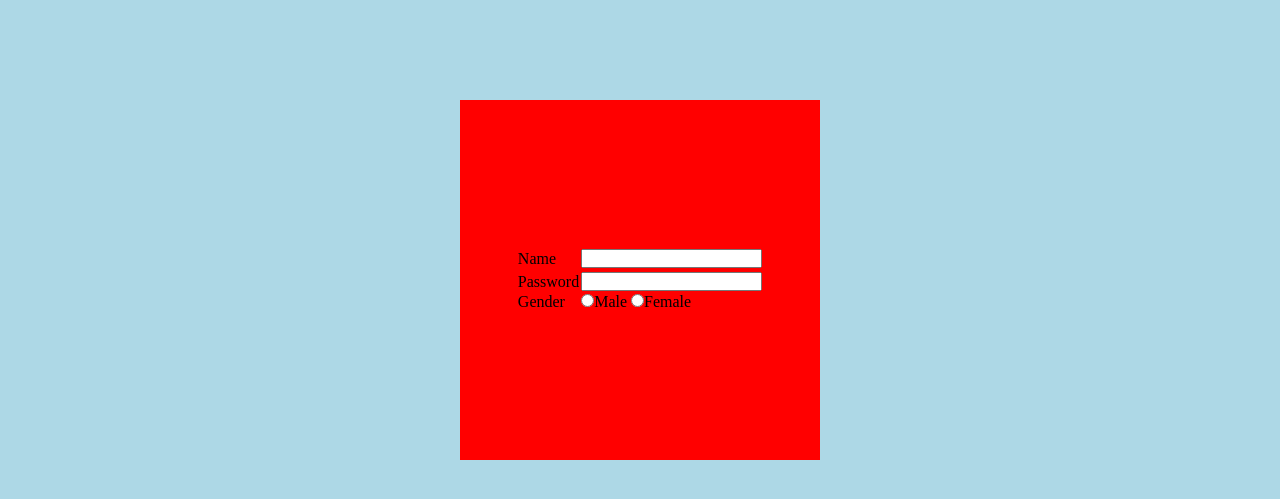
Repository: yash1sh/Java
Page: http://localhost/Servlet_Demo/
These files come from the project's save history. The page is drawn as it stood at one moment and after the next save; the edit follows.
The browser window is 1280 px wide. The pictures show the whole page.
The page is served by Tomcat 9. Other server files are loaded and not shown.

Above is the page before, as saved 2022-05-14 10:37:42.

### Bootcmp/Servlet_Demo/src/main/webapp/index.html
<!DOCTYPE html>
<html>
<head>
<meta charset="ISO-8859-1">
<title>Insert title here</title>
<link rel="stylesheet" type="text/css" href="./indexcss.css">
</head>
<body>

	<section class="form" >
		<article>
			<form action="hi">
				<table>

					<tr> <td> <label>Name</label> </td>
						<td><input type="text" id="Name"></td>
					<tr>

					<tr>
						<td><label>Password</label></td>
						<td><input type="password" id="password"></td>
					</tr>

					<tr>
						<td> <label>Gender</label></td>
						<td> <input type="radio" name="gender"id="gender">Male
						<input type="radio" name="gender">Female</td>
					</tr>
				</table>
			</form>
		</article>
	</section>

</body>
</html>

### Bootcmp/Servlet_Demo/src/main/webapp/indexcss.css

*{
margin:0;
padding:0;
box-sizing: border-box;
}
.form{
	display:flex;
	justify-content:center;
	align-items:center;
	background-color: red;
	width:50vh;
	height:50vh;
	color:black;
	margin-top: 100px;
}
body{
	display:flex;
	justify-content:center;
	align-items: center;
	background-color: lightblue;
}

After the next save:
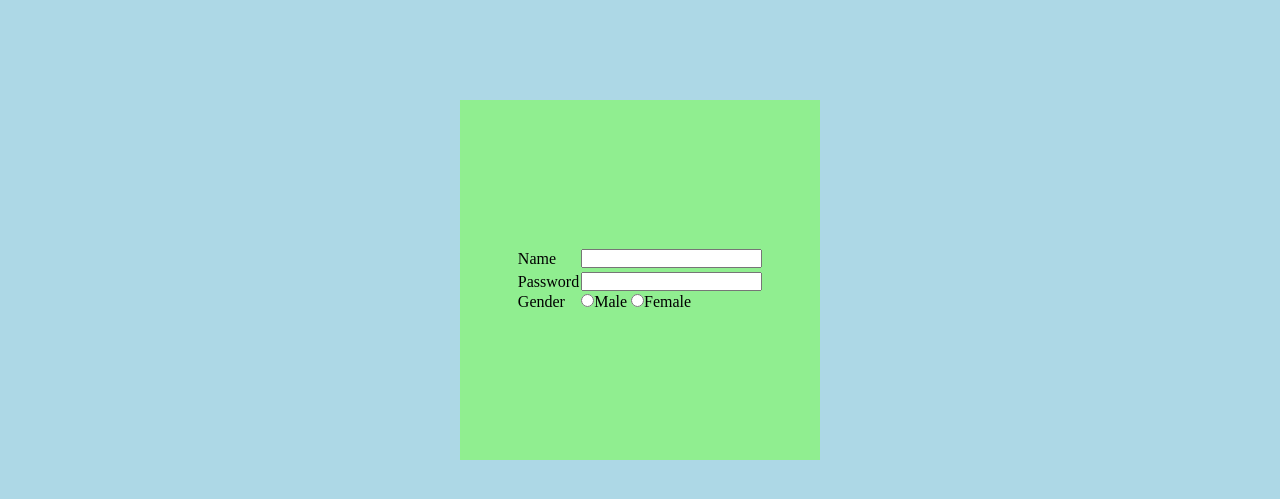
Saved 10 s later.
--- a/Bootcmp/Servlet_Demo/src/main/webapp/indexcss.css
+++ b/Bootcmp/Servlet_Demo/src/main/webapp/indexcss.css
@@ -8,7 +8,7 @@ box-sizing: border-box;
 	display:flex;
 	justify-content:center;
 	align-items:center;
-	background-color: red;
+	background-color: lightgreen;
 	width:50vh;
 	height:50vh;
 	color:black;
